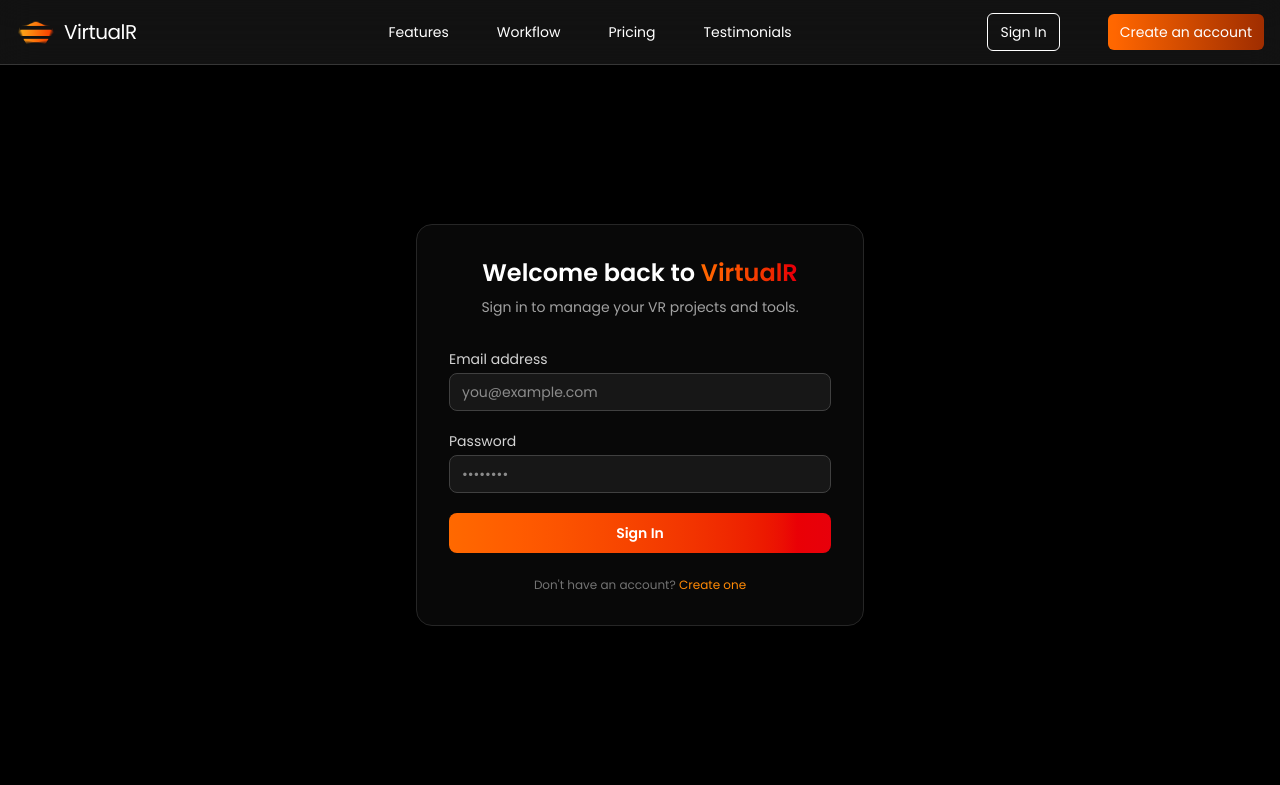
Repository: Khushichugh14/Virtualab
Page: /signin
The author's editor kept a copy of each file at every save. The page is drawn from the files as they stood at one save, then again after the next save.
The browser window is 1280 px wide. The pictures show the whole page.
The project was rebuilt for these pictures with package versions that can differ from the ones it lists, and the page was loaded fresh each time. Also part of the build but not shown: vite.config.js, src/pages/StartFree.jsx, src/pages/Documentation.jsx, src/pages/CreatAccount.jsx, src/components/HeroSection.jsx, src/components/FeatureSection.jsx, src/components/Workflow.jsx, src/components/Pricing.jsx and 3 more. Imported but missing from the stored project, and not drawn on this page: src/assets/video1.mp4, src/assets/video2.mp4.

Above is the page before, as saved 2025-12-10 11:03:20.

### index.html
<!doctype html>
<html lang="en">
  <head>
    <meta charset="UTF-8" />
    <link rel="icon" type="image/svg+xml" href="/vite.svg" />
    <meta name="viewport" content="width=device-width, initial-scale=1.0" />
    <title>virtular</title>
  </head>
  <body>
    <div id="root"></div>
    <script type="module" src="/src/main.jsx"></script>
  </body>
</html>

### src/main.jsx
import React from "react";
import ReactDOM from "react-dom/client";
import App from "./App";
import { BrowserRouter } from "react-router-dom";
import "./index.css";
import { Toaster } from "react-hot-toast";

ReactDOM.createRoot(document.getElementById("root")).render(
  <React.StrictMode>
    <BrowserRouter>
      <App />
       <Toaster position="top-right" />
    </BrowserRouter>
  </React.StrictMode>
);

### src/App.jsx
// App.jsx
import Navbar from "./components/Navbar";

import StartFree from "./pages/StartFree";
import Documentation from "./pages/Documentation";
import CreateAccount from "./pages/CreatAccount";
import SignIn from "./pages/SignIn";

import { Routes, Route } from "react-router-dom";
import HomePage from "./pages/HomePage";

const App = () => {
  return (
    <>
      <Navbar />

      <Routes>
        {/* Landing page */}
        <Route path="/" element={<HomePage />} />

        {/* Other pages */}
        <Route path="/start-free" element={<StartFree />} />
        <Route path="/documentation" element={<Documentation />} />
        <Route path="/create-account" element={<CreateAccount />} />
        <Route path="/signin" element={<SignIn />} />
      </Routes>
    </>
  );
};

export default App;

### src/index.css
@import url('https://fonts.googleapis.com/css2?family=Poppins:ital,wght@0,100;0,200;0,300;0,400;0,500;0,600;0,700;0,800;0,900;1,100;1,200;1,300;1,400;1,500;1,600;1,700;1,800;1,900&display=swap');

@import "tailwindcss";

:root {
  font-family: "Poppins", sans-serif;
  color-scheme: dark;
}

### src/components/Navbar.jsx
import { Menu, X } from "lucide-react";
import { useState } from "react";
import logo from "../assets/logo.png";
import { navItems } from "../constants";
import { Link, NavLink } from "react-router-dom";

const Navbar = () => {
  const [mobileDrawerOpen, setMobileDrawerOpen] = useState(false);

  const toggleNavbar = () => {
    setMobileDrawerOpen((prev) => !prev);
  };

  // Scroll to section WITHOUT changing URL
  const handleScroll = (id) => {
    if (!id) return;

    const el = document.getElementById(id);
    if (el) {
      el.scrollIntoView({ behavior: "smooth", block: "start" });
    }
  };

  return (
    <nav className="sticky top-0 z-50 py-3 backdrop-blur-lg border-b border-neutral-700/80">
      <div className="container px-4 mx-auto relative lg:text-sm">
        <div className="flex justify-between items-center">
          {/* Logo */}
          <div className="flex items-center flex-shrink-0">
            <img className="h-10 w-10 mr-2" src={logo} alt="Logo" />
            <Link to="/" className="text-xl tracking-tight">
              VirtualR
            </Link>
          </div>

          {/* Desktop nav items */}
          <ul className="hidden lg:flex ml-14 space-x-12">
            {navItems.map((item) => (
              <li key={item.id}>
                <button
                  onClick={() => handleScroll(item.id)}
                  className="hover:text-orange-400 transition-colors"
                >
                  {item.label}
                </button>
              </li>
            ))}
          </ul>

          {/* Desktop auth buttons */}
          <div className="hidden lg:flex justify-center space-x-12 items-center">
            <NavLink to="/signin" className="py-2 px-3 border rounded-md" id="signin">
              Sign In
            </NavLink>
            <NavLink
              to="/create-account"
              className="bg-gradient-to-r from-orange-500 to-orange-800 py-2 px-3 rounded-md"
            >
              Create an account
            </NavLink>
          </div>

          {/* Mobile menu button */}
          <div className="lg:hidden md:flex flex-col justify-end">
            <button onClick={toggleNavbar}>
              {mobileDrawerOpen ? <X /> : <Menu />}
            </button>
          </div>
        </div>

        {/* Mobile drawer */}
        {mobileDrawerOpen && (
          <div className="fixed right-0 z-20 bg-neutral-900 w-full p-12 flex flex-col justify-center items-center lg:hidden">
            <ul>
              {navItems.map((item) => (
                <li key={item.id} className="py-4">
                  <button
                    onClick={() => {
                      handleScroll(item.id);
                      toggleNavbar();
                    }}
                    className="hover:text-orange-400 transition-colors"
                  >
                    {item.label}
                  </button>
                </li>
              ))}
            </ul>

            <div className="flex space-x-6 mt-6">
              <NavLink to="/signin" className="py-2 px-3 border rounded-md">
                Sign In
              </NavLink>
              <NavLink
                to="/create-account"
                className="py-2 px-3 rounded-md bg-gradient-to-r from-orange-500 to-orange-800"
              >
                Create an account
              </NavLink>
            </div>
          </div>
        )}
      </div>
    </nav>
  );
};

export default Navbar;

### src/pages/SignIn.jsx
import { useState } from "react";
import { NavLink, useNavigate } from "react-router-dom";
import toast from "react-hot-toast";

const SignIn = () => {
  const [formData, setFormData] = useState({
    email: "",
    password: "",
  });

  const [errors, setErrors] = useState({});
  const [isLoading, setIsLoading] = useState(false);
  const navigate = useNavigate();

  const handleChange = (e) => {
    const { name, value } = e.target;

    setFormData((prev) => ({
      ...prev,
      [name]: value,
    }));

    setErrors((prev) => ({ ...prev, [name]: "" }));
  };

  const validate = () => {
    const newErrors = {};

    if (!formData.email.trim()) {
      newErrors.email = "Email is required";
    } else if (!/^[^\s@]+@[^\s@]+\.[^\s@]+$/.test(formData.email)) {
      newErrors.email = "Enter a valid email";
    }

    if (!formData.password) {
      newErrors.password = "Password is required";
    } else if (formData.password.length < 6) {
      newErrors.password = "Password must be at least 6 characters";
    }

    setErrors(newErrors);
    return Object.keys(newErrors).length === 0;
  };

  const handleSubmit = (e) => {
    e.preventDefault();

    if (!validate()) {
      toast.error("Please fix the errors in the form.");
      return;
    }

    setIsLoading(true);

    // fake API delay
    setTimeout(() => {
      const storedUserJSON = localStorage.getItem("virtualrUser");

      if (!storedUserJSON) {
        toast.error("No account found. Please create an account first.");
        setIsLoading(false);
        return;
      }

      const storedUser = JSON.parse(storedUserJSON);

      if (
        formData.email === storedUser.email &&
        formData.password === storedUser.password
      ) {
        localStorage.setItem("virtualrIsLoggedIn", "true");
        toast.success("Signed in successfully!");

        // redirect to documentation page
        navigate("/");
      } else {
        toast.error("Invalid email or password.");
      }

      setIsLoading(false);
    }, 800);
  };

  return (
    <div className="min-h-screen bg-black flex items-center justify-center px-4">
      <div className="w-full max-w-md rounded-2xl border border-neutral-800 bg-neutral-950/80 p-8 shadow-xl">
        <h2 className="text-2xl sm:3xl font-semibold text-center">
          Welcome back to{" "}
          <span className="bg-gradient-to-r from-orange-500 to-red-600 text-transparent bg-clip-text">
            VirtualR
          </span>
        </h2>
        <p className="mt-2 text-center text-neutral-400 text-sm">
          Sign in to manage your VR projects and tools.
        </p>

        <form onSubmit={handleSubmit} className="mt-8 space-y-5">
          <div>
            <label className="block text-sm text-neutral-300 mb-1">
              Email address
            </label>
            <input
              type="email"
              name="email"
              className="w-full rounded-lg border border-neutral-700 bg-neutral-900 px-3 py-2 text-sm outline-none focus:border-orange-500"
              placeholder="you@example.com"
              value={formData.email}
              onChange={handleChange}
            />
            {errors.email && (
              <p className="mt-1 text-xs text-red-400">{errors.email}</p>
            )}
          </div>

          <div>
            <label className="block text-sm text-neutral-300 mb-1">
              Password
            </label>
            <input
              type="password"
              name="password"
              className="w-full rounded-lg border border-neutral-700 bg-neutral-900 px-3 py-2 text-sm outline-none focus:border-orange-500"
              placeholder="••••••••"
              value={formData.password}
              onChange={handleChange}
            />
            {errors.password && (
              <p className="mt-1 text-xs text-red-400">{errors.password}</p>
            )}
          </div>

          <button
            type="submit"
            disabled={isLoading}
            className="mt-4 w-full flex items-center justify-center gap-2 rounded-lg bg-gradient-to-r from-orange-500 to-red-600 py-2.5 text-sm font-semibold hover:scale-[1.02] transition-transform disabled:opacity-60 disabled:cursor-not-allowed"
          >
            {isLoading && (
              <span className="h-4 w-4 border-2 border-white/70 border-t-transparent rounded-full animate-spin" />
            )}
            {isLoading ? "Signing in..." : "Sign In"}
          </button>
        </form>

        <p className="mt-6 text-center text-xs text-neutral-500">
          Don&apos;t have an account?{" "}
          <NavLink to="/create-account" className="text-orange-400 hover:underline">
            Create one
          </NavLink>
        </p>
      </div>
    </div>
  );
};

export default SignIn;

Loaded but not shown: src/constants/index.jsx (181 lines, source omitted)

After the next save:
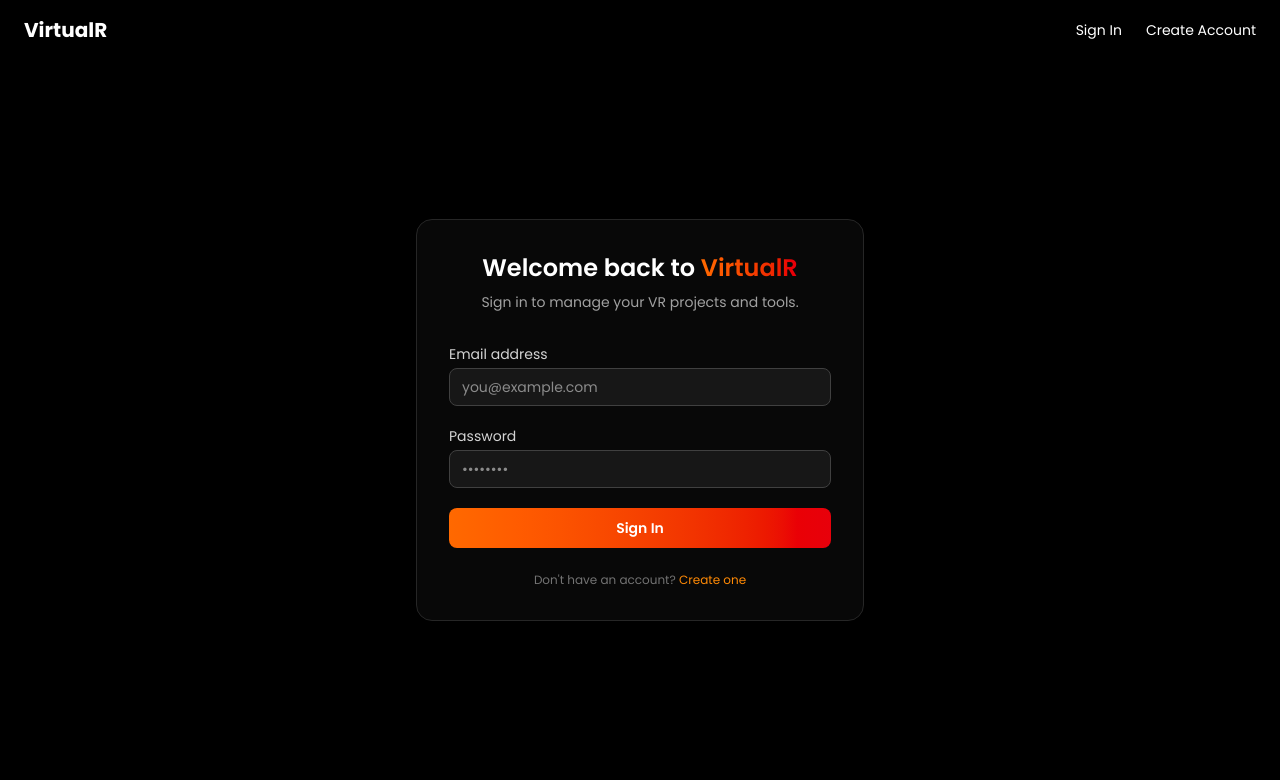
Saved 119 s later.
--- a/src/components/Navbar.jsx
+++ b/src/components/Navbar.jsx
@@ -1,104 +1,51 @@
-import { Menu, X } from "lucide-react";
-import { useState } from "react";
-import logo from "../assets/logo.png";
-import { navItems } from "../constants";
-import { Link, NavLink } from "react-router-dom";
+import { useEffect, useState } from "react";
+import { NavLink, useNavigate } from "react-router-dom";
 
 const Navbar = () => {
-  const [mobileDrawerOpen, setMobileDrawerOpen] = useState(false);
+  const [isLoggedIn, setIsLoggedIn] = useState(false);
+  const navigate = useNavigate();
 
-  const toggleNavbar = () => {
-    setMobileDrawerOpen((prev) => !prev);
-  };
+  // Check login state on load
+  useEffect(() => {
+    const logged = localStorage.getItem("virtualrIsLoggedIn") === "true";
+    setIsLoggedIn(logged);
+  }, []);
 
-  // Scroll to section WITHOUT changing URL
-  const handleScroll = (id) => {
-    if (!id) return;
-
-    const el = document.getElementById(id);
-    if (el) {
-      el.scrollIntoView({ behavior: "smooth", block: "start" });
-    }
+  // Logout function
+  const handleLogout = () => {
+    localStorage.removeItem("virtualrIsLoggedIn");
+    localStorage.removeItem("virtualrUser"); // optional
+    setIsLoggedIn(false);
+    navigate("/signin");
   };
 
   return (
-    <nav className="sticky top-0 z-50 py-3 backdrop-blur-lg border-b border-neutral-700/80">
-      <div className="container px-4 mx-auto relative lg:text-sm">
-        <div className="flex justify-between items-center">
-          {/* Logo */}
-          <div className="flex items-center flex-shrink-0">
-            <img className="h-10 w-10 mr-2" src={logo} alt="Logo" />
-            <Link to="/" className="text-xl tracking-tight">
-              VirtualR
-            </Link>
-          </div>
+    <nav className="w-full bg-black px-6 py-4 flex justify-between items-center">
+      <h1 className="text-white font-bold text-xl">VirtualR</h1>
 
-          {/* Desktop nav items */}
-          <ul className="hidden lg:flex ml-14 space-x-12">
-            {navItems.map((item) => (
-              <li key={item.id}>
-                <button
-                  onClick={() => handleScroll(item.id)}
-                  className="hover:text-orange-400 transition-colors"
-                >
-                  {item.label}
-                </button>
-              </li>
-            ))}
-          </ul>
+      <div className="flex items-center gap-6 text-sm text-white">
 
-          {/* Desktop auth buttons */}
-          <div className="hidden lg:flex justify-center space-x-12 items-center">
-            <NavLink to="/signin" className="py-2 px-3 border rounded-md" id="signin">
+        {/* IF NOT LOGGED IN → SHOW SIGN IN + CREATE ACCOUNT */}
+        {!isLoggedIn && (
+          <>
+            <NavLink to="/signin" className="hover:text-orange-400">
               Sign In
             </NavLink>
-            <NavLink
-              to="/create-account"
-              className="bg-gradient-to-r from-orange-500 to-orange-800 py-2 px-3 rounded-md"
-            >
-              Create an account
+
+            <NavLink to="/create-account" className="hover:text-orange-400">
+              Create Account
             </NavLink>
-          </div>
+          </>
+        )}
 
-          {/* Mobile menu button */}
-          <div className="lg:hidden md:flex flex-col justify-end">
-            <button onClick={toggleNavbar}>
-              {mobileDrawerOpen ? <X /> : <Menu />}
-            </button>
-          </div>
-        </div>
-
-        {/* Mobile drawer */}
-        {mobileDrawerOpen && (
-          <div className="fixed right-0 z-20 bg-neutral-900 w-full p-12 flex flex-col justify-center items-center lg:hidden">
-            <ul>
-              {navItems.map((item) => (
-                <li key={item.id} className="py-4">
-                  <button
-                    onClick={() => {
-                      handleScroll(item.id);
-                      toggleNavbar();
-                    }}
-                    className="hover:text-orange-400 transition-colors"
-                  >
-                    {item.label}
-                  </button>
-                </li>
-              ))}
-            </ul>
-
-            <div className="flex space-x-6 mt-6">
-              <NavLink to="/signin" className="py-2 px-3 border rounded-md">
-                Sign In
-              </NavLink>
-              <NavLink
-                to="/create-account"
-                className="py-2 px-3 rounded-md bg-gradient-to-r from-orange-500 to-orange-800"
-              >
-                Create an account
-              </NavLink>
-            </div>
-          </div>
+        {/* IF LOGGED IN → SHOW LOGOUT */}
+        {isLoggedIn && (
+          <button
+            onClick={handleLogout}
+            className="bg-red-600 px-4 py-1.5 rounded-lg hover:bg-red-700 transition"
+          >
+            Logout
+          </button>
         )}
       </div>
     </nav>

After the 3 saves that followed:
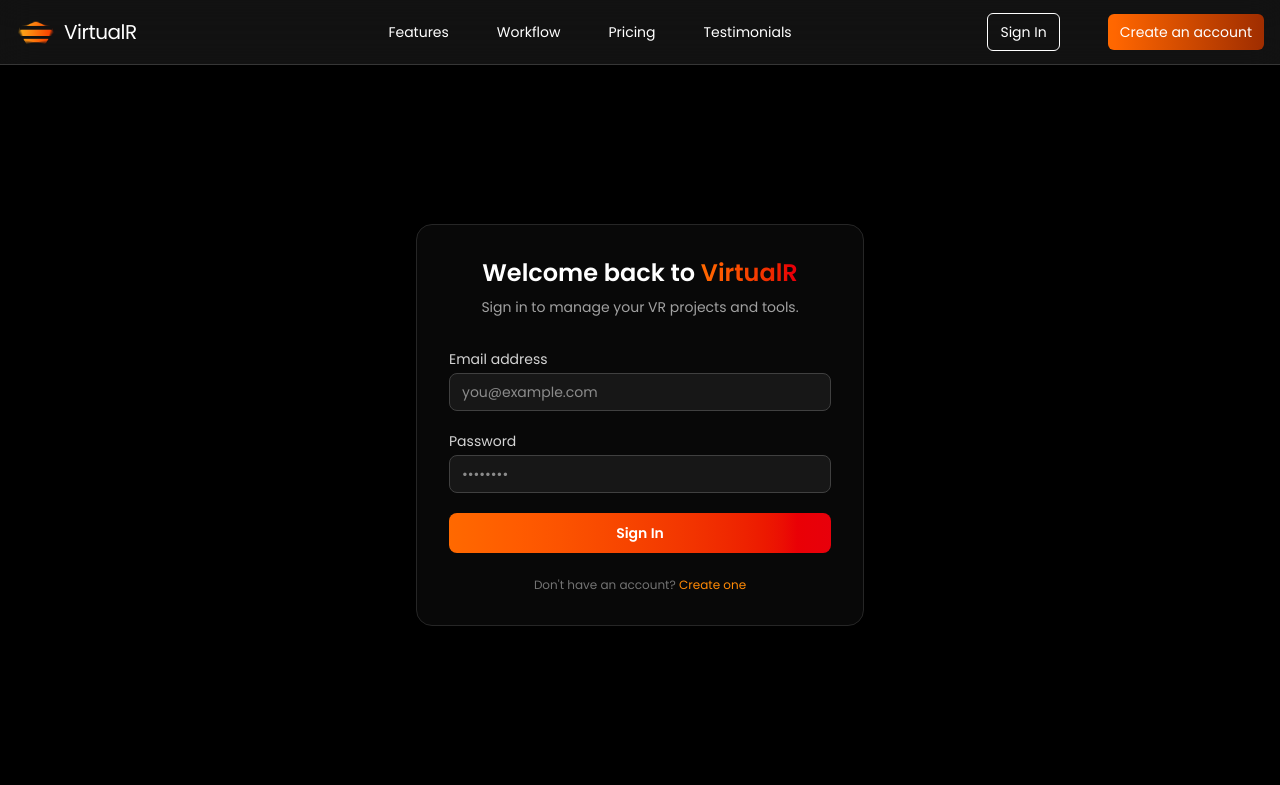
The 3 saves are shown as one change because 1 did not build or start and 1 left the picture as it was.
The last was saved 2 min 18 s later.
--- a/src/components/Navbar.jsx
+++ b/src/components/Navbar.jsx
@@ -1,51 +1,104 @@
-import { useEffect, useState } from "react";
-import { NavLink, useNavigate } from "react-router-dom";
+import { Menu, X } from "lucide-react";
+import { useState } from "react";
+import logo from "../assets/logo.png";
+import { navItems } from "../constants";
+import { Link, NavLink } from "react-router-dom";
 
 const Navbar = () => {
-  const [isLoggedIn, setIsLoggedIn] = useState(false);
-  const navigate = useNavigate();
+  const [mobileDrawerOpen, setMobileDrawerOpen] = useState(false);
 
-  // Check login state on load
-  useEffect(() => {
-    const logged = localStorage.getItem("virtualrIsLoggedIn") === "true";
-    setIsLoggedIn(logged);
-  }, []);
+  const toggleNavbar = () => {
+    setMobileDrawerOpen((prev) => !prev);
+  };
 
-  // Logout function
-  const handleLogout = () => {
-    localStorage.removeItem("virtualrIsLoggedIn");
-    localStorage.removeItem("virtualrUser"); // optional
-    setIsLoggedIn(false);
-    navigate("/signin");
+  // Scroll to section WITHOUT changing URL
+  const handleScroll = (id) => {
+    if (!id) return;
+
+    const el = document.getElementById(id);
+    if (el) {
+      el.scrollIntoView({ behavior: "smooth", block: "start" });
+    }
   };
 
   return (
-    <nav className="w-full bg-black px-6 py-4 flex justify-between items-center">
-      <h1 className="text-white font-bold text-xl">VirtualR</h1>
+    <nav className="sticky top-0 z-50 py-3 backdrop-blur-lg border-b border-neutral-700/80">
+      <div className="container px-4 mx-auto relative lg:text-sm">
+        <div className="flex justify-between items-center">
+          {/* Logo */}
+          <div className="flex items-center flex-shrink-0">
+            <img className="h-10 w-10 mr-2" src={logo} alt="Logo" />
+            <Link to="/" className="text-xl tracking-tight">
+              VirtualR
+            </Link>
+          </div>
 
-      <div className="flex items-center gap-6 text-sm text-white">
+          {/* Desktop nav items */}
+          <ul className="hidden lg:flex ml-14 space-x-12">
+            {navItems.map((item) => (
+              <li key={item.id}>
+                <button
+                  onClick={() => handleScroll(item.id)}
+                  className="hover:text-orange-400 transition-colors"
+                >
+                  {item.label}
+                </button>
+              </li>
+            ))}
+          </ul>
 
-        {/* IF NOT LOGGED IN → SHOW SIGN IN + CREATE ACCOUNT */}
-        {!isLoggedIn && (
-          <>
-            <NavLink to="/signin" className="hover:text-orange-400">
+          {/* Desktop auth buttons */}
+          <div className="hidden lg:flex justify-center space-x-12 items-center">
+            <NavLink to="/signin" className="py-2 px-3 border rounded-md" id="signin">
               Sign In
             </NavLink>
+            <NavLink
+              to="/create-account"
+              className="bg-gradient-to-r from-orange-500 to-orange-800 py-2 px-3 rounded-md"
+            >
+              Create an account
+            </NavLink>
+          </div>
 
-            <NavLink to="/create-account" className="hover:text-orange-400">
-              Create Account
-            </NavLink>
-          </>
-        )}
+          {/* Mobile menu button */}
+          <div className="lg:hidden md:flex flex-col justify-end">
+            <button onClick={toggleNavbar}>
+              {mobileDrawerOpen ? <X /> : <Menu />}
+            </button>
+          </div>
+        </div>
 
-        {/* IF LOGGED IN → SHOW LOGOUT */}
-        {isLoggedIn && (
-          <button
-            onClick={handleLogout}
-            className="bg-red-600 px-4 py-1.5 rounded-lg hover:bg-red-700 transition"
-          >
-            Logout
-          </button>
+        {/* Mobile drawer */}
+        {mobileDrawerOpen && (
+          <div className="fixed right-0 z-20 bg-neutral-900 w-full p-12 flex flex-col justify-center items-center lg:hidden">
+            <ul>
+              {navItems.map((item) => (
+                <li key={item.id} className="py-4">
+                  <button
+                    onClick={() => {
+                      handleScroll(item.id);
+                      toggleNavbar();
+                    }}
+                    className="hover:text-orange-400 transition-colors"
+                  >
+                    {item.label}
+                  </button>
+                </li>
+              ))}
+            </ul>
+
+            <div className="flex space-x-6 mt-6">
+              <NavLink to="/signin" className="py-2 px-3 border rounded-md">
+                Sign In
+              </NavLink>
+              <NavLink
+                to="/create-account"
+                className="py-2 px-3 rounded-md bg-gradient-to-r from-orange-500 to-orange-800"
+              >
+                Create an account
+              </NavLink>
+            </div>
+          </div>
         )}
       </div>
     </nav>
